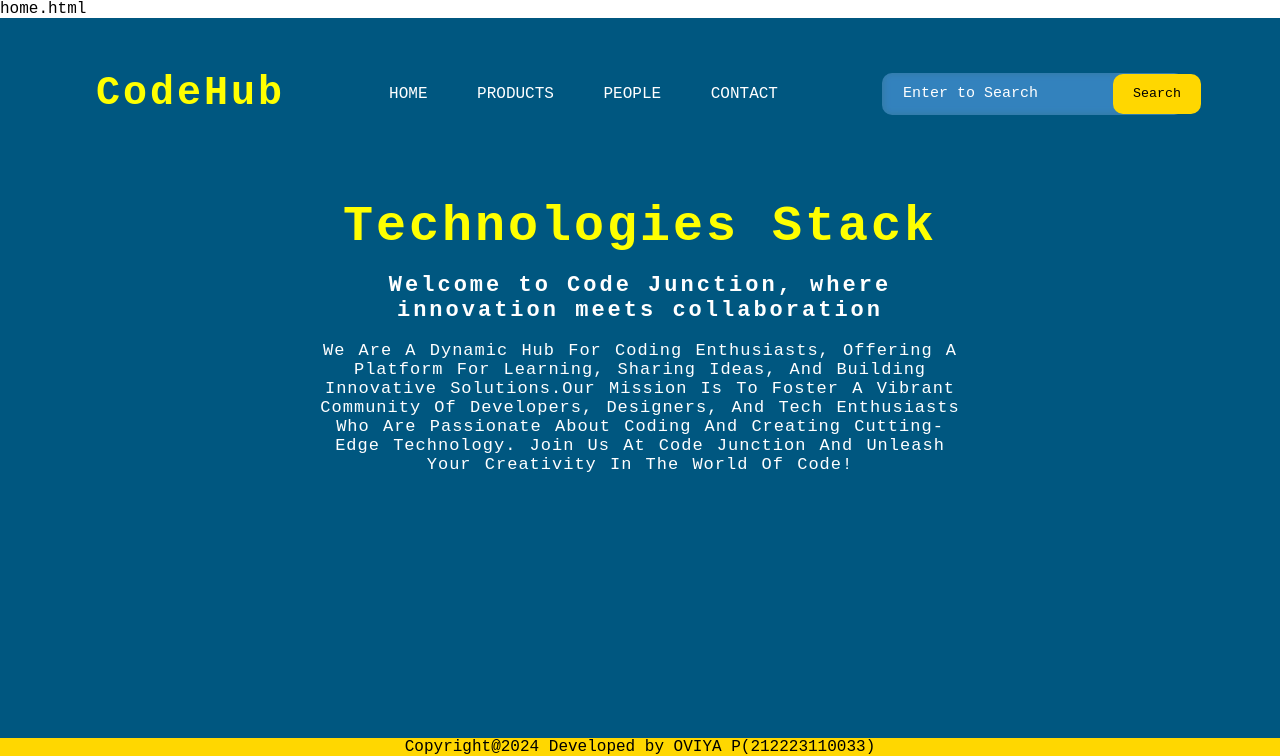
Repository: Oviya24032K6/softweb
Page: oviya/softapp/static/home.html
The author's editor kept a copy of each file at every save. The page is drawn from the files as they stood at one save, then again after a run of saves.
The browser window is 1280 px wide. The pictures show the whole page.

Above is the page before, as saved 2024-04-25 22:28:56.

### oviya/softapp/static/home.html
home.html

<html>
    <head>
        <meta name="viewport" content="width=device-width, initial-scale=1.0">
        <title>CodeCraft</title>
        <style type="text/css">
            * {
                margin: 0;
                padding: 0;
                font-family: 'Courier New', Courier, monospace;
                        }
            .banner {
                width: 100%;
                height: 100vh;
                background-size: cover;
                background-position: center;
		background-color:rgb(0, 87, 128);
            }
            .navbar {
                width: 85%;
                margin: auto;
                padding: 35px 0;
                display: flex;
                align-items: center;
                justify-content: space-between;
            }
            .logo {
                color:gold;
                font-size: 40px;
                font-weight: 700;
                letter-spacing: 3px;
            }
            span {
                color: yellow;
            }
            form {
                width: 300px;
                height: 40px;
                display: flex;
                background: rgba(255, 255, 255, 0.2);
                padding: 1px 1px;
                font-size: 15px;
                border-radius: 10px;
                backdrop-filter: blur(4px) saturate(180%);
            }
            form input {
                background: transparent;
                flex: 1;
                border: 0;
                outline: none;
                padding: 12px 20px;
                font-size: 15px;
                color: white;
            }
            ::placeholder {
                color: white;
            }
            form button {
                border: 0;
                outline: none;
                padding: 5px 20px;
                color:black;
                border-radius: 10px;
                background:gold;
                cursor: pointer;
            }
            .navbar li {
                list-style: none;
                display: inline-block;
                margin: 0 20px;
                position: relative;
            }
            .navbar li a {
                text-decoration: none;
                color: white;
                text-transform: uppercase;
            }
            .navbar li:hover {
                border: 1px;
                padding: 10px;
                color: white;
                background-color:gold;
                transition: 0.5s;
                cursor: pointer;
                border-radius: 30px;
            }
            .content {
                position: absolute;
                top: 50%;
                left: 50%;
                transform: translate(-50%,-50%);
                text-align: center;
            }
            .text h2 {
                color: yellow;
                font-weight: 800;
                font-size: 50px;
                letter-spacing: 3px;
            }
	    .text h3 {
                color: white;
                font-weight: 800;
                font-size: 22px;
                letter-spacing: 3px;
            }

            .text p {
                color: white;
                text-transform: capitalize;
                font-size: 17px;
                margin-bottom: 30px;
                word-spacing: 2px;
                letter-spacing: 1px;

            }
                footer {
                background-color: gold;
                margin-top: auto;
            }
        </style>
    </head>
<body>
    <div class="banner">
        <br>
        <div class="navbar">
            <h1 class="logo"><span>CodeHub</span></h1>
            <ul>
                <li><a href="home.html"> Home </a></li>
                <li><a href="Product.html"> Products </a></li>
                <li><a href="person.html"> People </a></li>
                <li><a href="contact.html"> Contact </a></li>
            </ul>
            <form action="" method="get">
                <input type="text" placeholder="Enter to Search">
                <button type="submit"> Search </button>
            </form>
        </div>
        <div class="content">
            <div class="text">
                <h2><span> Technologies Stack </span></h2>
                <br>
		<h3>Welcome to Code Junction, where innovation meets collaboration</h3>
		<br>
                <p>We are a dynamic hub for coding enthusiasts, offering a platform for learning, sharing ideas, and building innovative solutions.Our mission is to foster a vibrant community of developers, designers, and tech enthusiasts who are passionate about coding and creating cutting-edge technology. Join us at Code Junction and unleash your creativity in the world of code!</p>
                <br>

            </div>
        </div>
    </div>
    <footer>
        <center> Copyright@2024 Developed by OVIYA P(212223110033)</center>
    </footer>
</body>
</html>

After the next 2 saves:
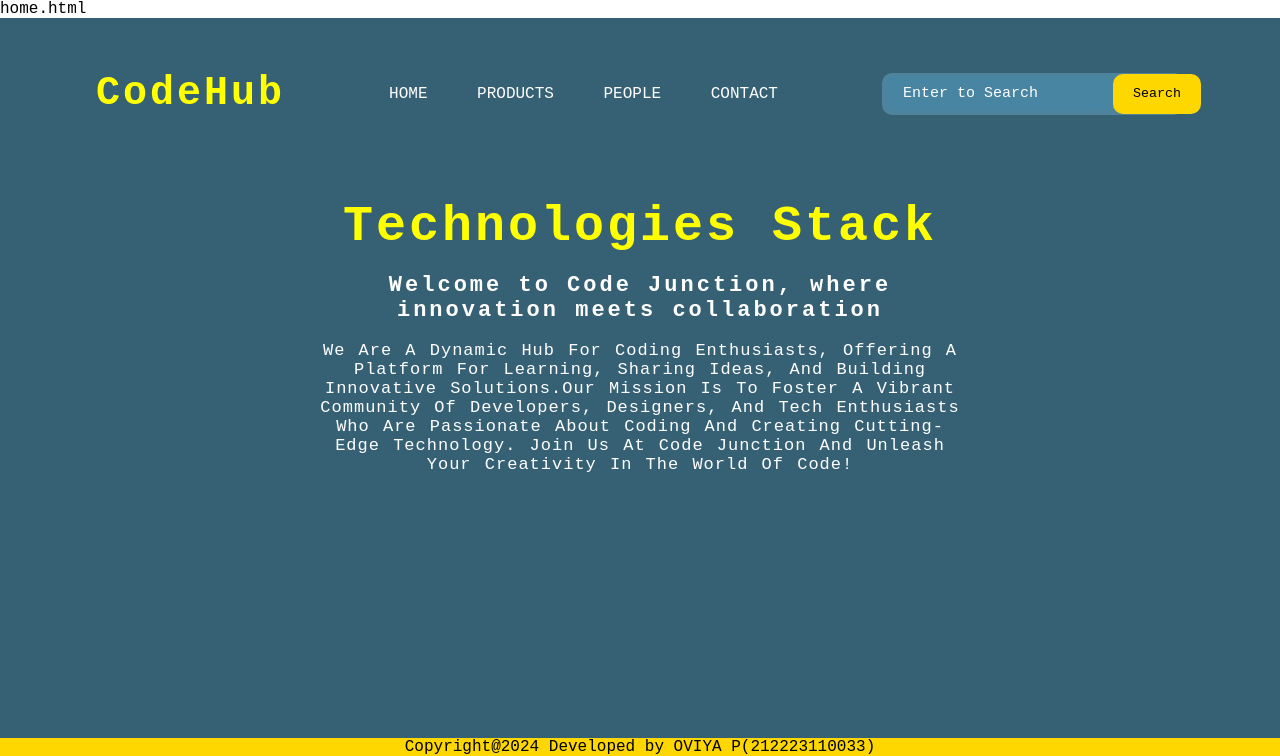
The 2 saves are shown as one change because they came seconds apart.
The last was saved 5 s later.
--- a/oviya/softapp/static/home.html
+++ b/oviya/softapp/static/home.html
@@ -15,7 +15,7 @@ home.html
                 height: 100vh;
                 background-size: cover;
                 background-position: center;
-		background-color:rgb(0, 87, 128);
+		background-color:rgb(54, 97, 117);
             }
             .navbar {
                 width: 85%;
